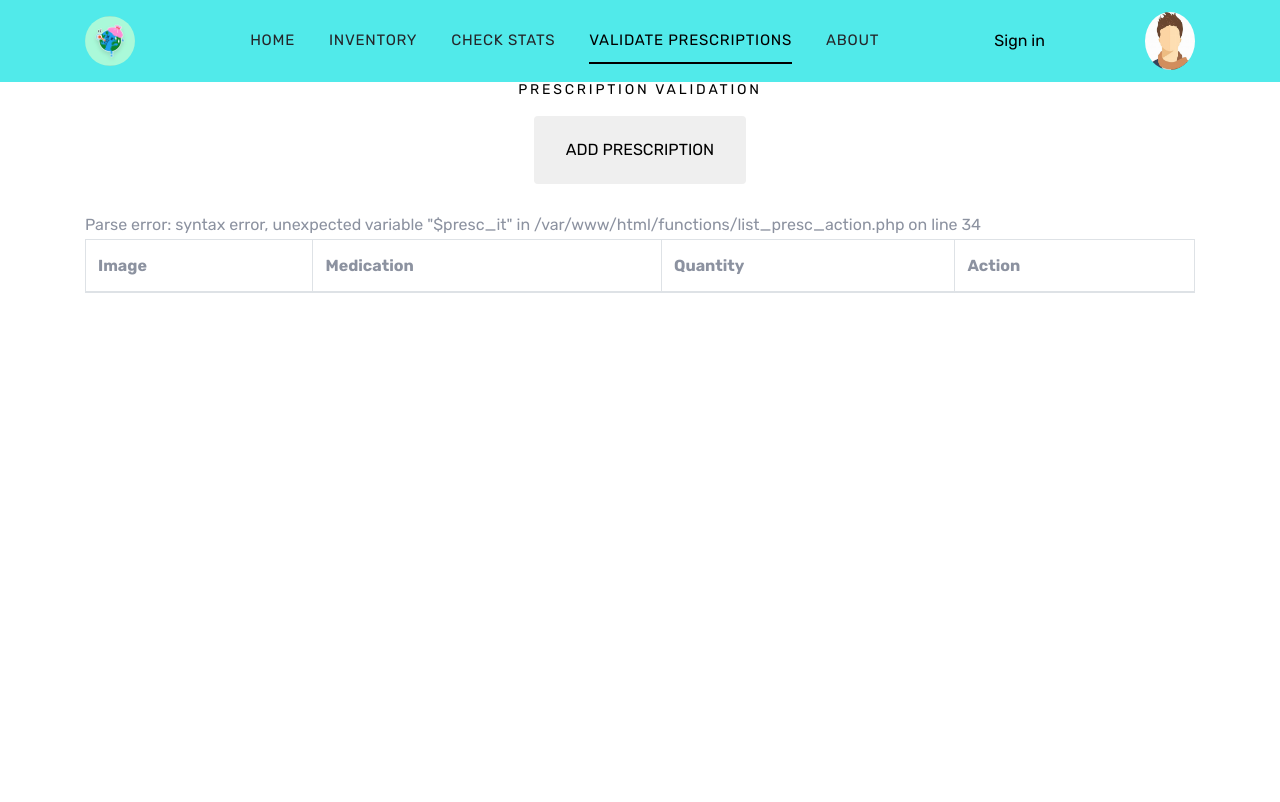
Repository: Argivist/Web-Doctor
Page: http://localhost/admin/presc.php
An editor plug-in stored every save of this project. The page is shown before and after the next save, followed by the edit.
The browser window is 1280 px wide. The pictures show the whole page.
Some icons come from a web library that is not loaded, so they are not drawn. Some web fonts or font styles are not loaded; a fallback is used. The page is run by PHP 8.4 with error messages shown; the project is at /var/www/html/. The database holds what the project's SQL file puts in it. Queries for data that is not in the repository find no rows.

Above is the page before, as saved 2024-03-16 22:07:22.

After the next save:
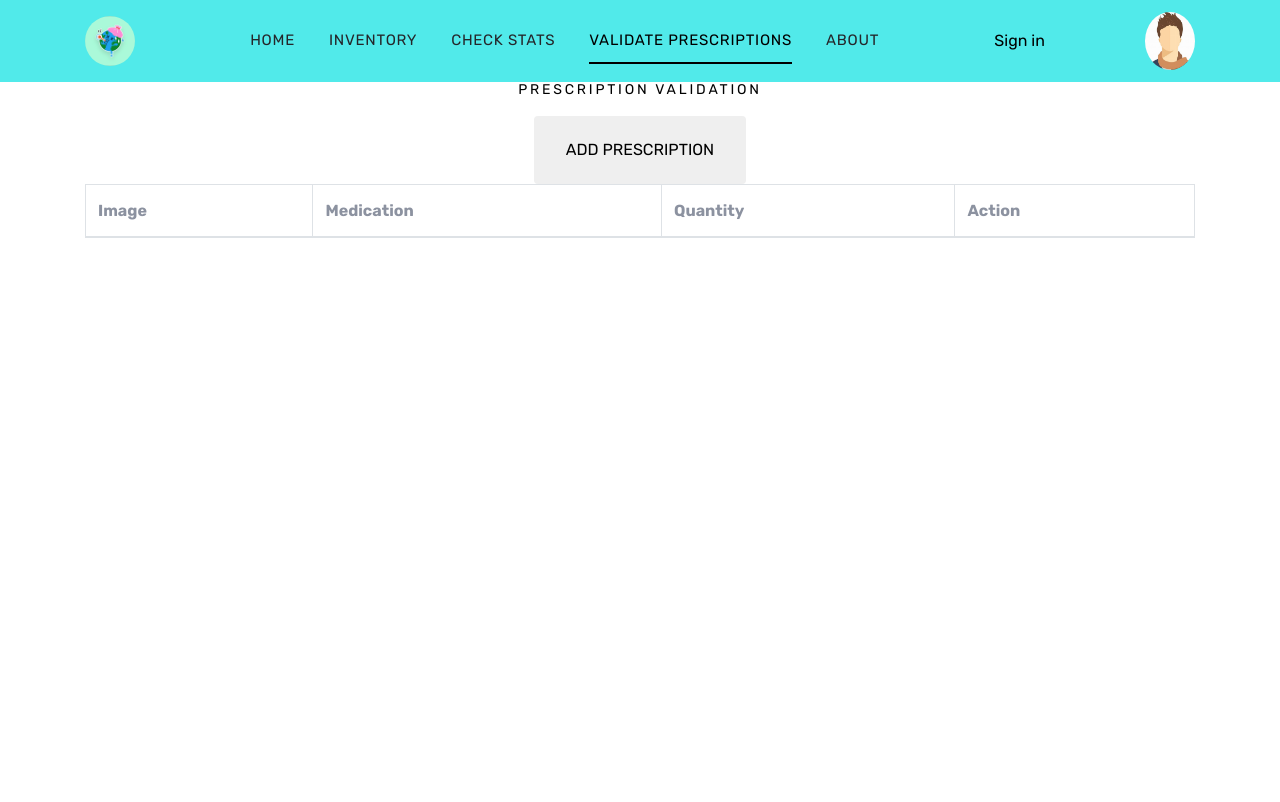
Saved 10 s later.
--- a/functions/list_presc_action.php
+++ b/functions/list_presc_action.php
@@ -30,8 +30,7 @@ function displayPresc($pid,$mid, $url, $med_name, $medicine_qty, $medicine_desc,
                     $result=mysqli_query($conn,$query);
                     $row=mysqli_fetch_assoc($result);
                     $presc_it.=$row['fname']." ".$row['lname'];
-                    $presc_it
-                    $presc_it.="' data-age='28'>View Buyer Profile</button><br/>
+                                    $presc_it.="' data-age='28'>View Buyer Profile</button><br/>
                     <button class='btn btn-primary danger reject-button' data-toggle='modal' data-target='#reasonModal' data-product-id='".$pid."'>Reject Prescription</button><br/>
 
                     </td>
